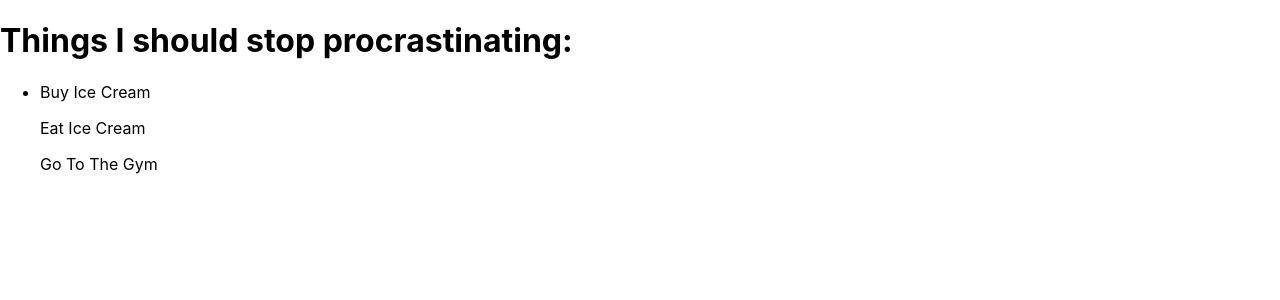
Repository: cerebrium/todolist
Page: /
These files come from the project's save history. The page is drawn as it stood at one moment and after the next save; the edit follows.
The browser window is 1280 px wide. The pictures show the whole page.
The project was rebuilt for these pictures with package versions that can differ from the ones it lists, and the page was loaded fresh each time. Also part of the build but not shown: src/App.css.

Above is the page before, as saved 2019-11-25 15:13:14.

### src/index.js
import React from 'react';
import ReactDOM from 'react-dom';
import './index.css';
import App from './App';
import * as serviceWorker from './serviceWorker';

let myData = [
    'Buy Ice Cream',
    'Eat Ice Cream',
    'Go To The Gym',
]

ReactDOM.render(<App theList = {myData}/>, document.getElementById('root'));

serviceWorker.unregister();

### src/App.jsx
import React from 'react';
import './App.css';
import './ListItem';
import ListItem from './ListItem';

class App extends React.Component {

    clearList = (e) => {
      this.setState({
        toDoItemArray: []
      })
    }

  render () {
    let toDoList = this.props.theList.map(ele => (
      <ListItem todoList={ele}/>
    ))
    return (
      <div>
        <h1> Things I should stop procrastinating:</h1>
          <ul>
            <li>{toDoList}</li>
          </ul>
      </div>
      )
    }
  }


export default App;

### src/ListItem.jsx
import React from 'react';

class ListItem extends React.Component {
    render () {
        return(
        <p>
            <div>{this.props.todoList}</div>
        </p>
        )
    }
}

export default ListItem;

Loaded but not shown: public/index.html (common file); src/index.css (common file); src/serviceWorker.js (common file)

After the next save:
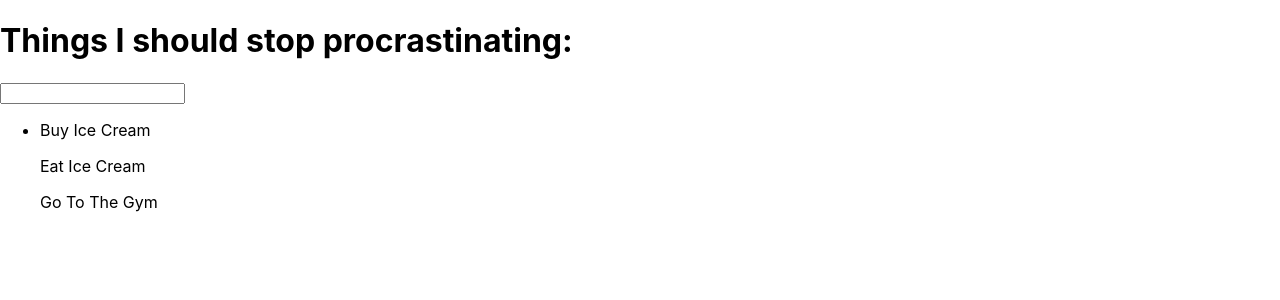
Saved 25 s later.
--- a/src/App.jsx
+++ b/src/App.jsx
@@ -18,6 +18,9 @@ class App extends React.Component {
     return (
       <div>
         <h1> Things I should stop procrastinating:</h1>
+        <form action="">
+          <input type="text" name='add_item'/>
+        </form>
           <ul>
             <li>{toDoList}</li>
           </ul>
